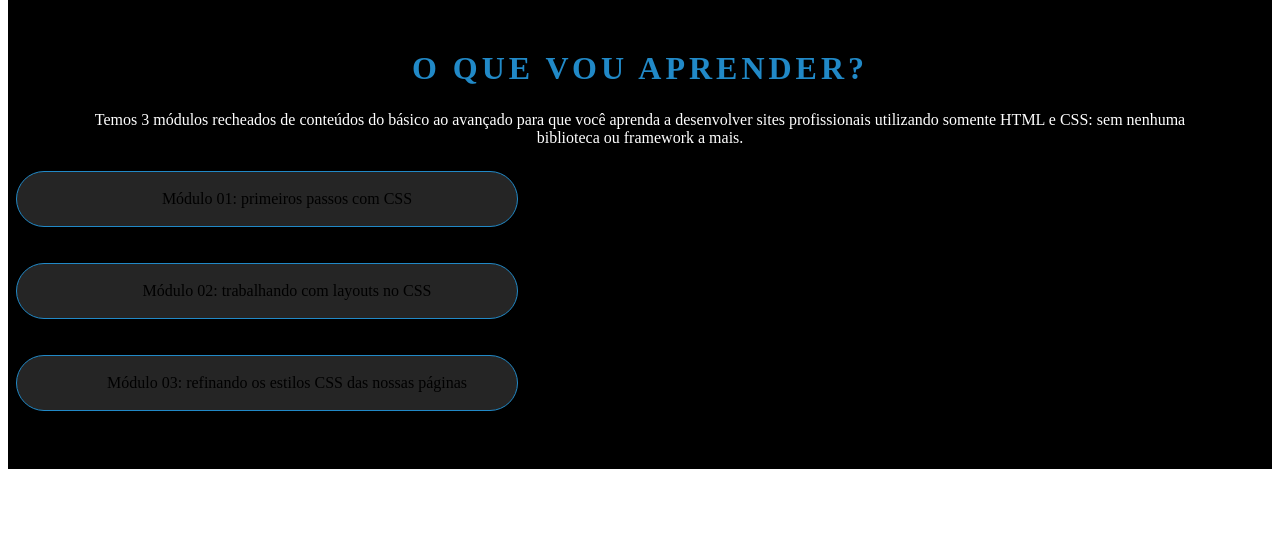
Repository: gustavotwist/trilha-css-desafio-01
Page: index.html
An editor plug-in stored every save of this project. The page is shown before and after a run of saves, followed by the edit.
The browser window is 1280 px wide. The pictures show the part of the page from y = 559 to 1111 px (the page is 2898 px tall before and 2865 px after).
Pictures or frames that could not be fetched are drawn as grey boxes. A picture or video elsewhere on the page could not be fetched, so the positions and the page height are approximate.

Above is the page before, as saved 2024-07-16 19:06:06.

### index.html
<!DOCTYPE html>
<html lang="en">
<head>
  <meta charset="UTF-8">
  <meta http-equiv="X-UA-Compatible" content="IE=edge">
  <meta name="viewport" content="width=device-width, initial-scale=1.0">
  <title>Trilha de CSS - DIO</title>
  <link rel="stylesheet" href="global.css">
</head>
<body>
  <header class="banner">
    <div class="banner-content">
      <div class="logo">
        <img src="assets/images/logo.png" title="Logotipo Trilha de CSS DIO" alt="Logotipo Trilha de CSS DIO">
      </div>
      <h1>Trilha de CSS da DIO</h1>
      <p>A nova Trilha de CSS da DIO está disponível. Acesse já e aprenda do zero como desenvolver sites profissionais.</p>
      <button>Quero me inscrever</button>
    </div>
  </header>
  <main>
    <section id="course-content">
      <h2>O que vou aprender?</h2>
      <p>
        Temos 3 módulos recheados de conteúdos do básico ao avançado para que você aprenda a
        desenvolver sites profissionais utilizando somente HTML e CSS: sem nenhuma biblioteca ou framework a mais.
      </p>
      <div class="modules-list">
        <div class="module">
          <span>Módulo 01:</span> primeiros passos com CSS
        </div>
        <div class="module">
          <span>Módulo 02:</span> trabalhando com layouts no CSS
        </div>
        <div class="module">
          <span>Módulo 03:</span> refinando os estilos CSS das nossas páginas
        </div>
      </div>
    </section>
    <section id="transform-world">
      <p>TRANSFORME O MUNDO COM A GENTE</p>
    </section>
    <section id="professional-challenges">
      <h2>Evolua e encare novos desafios profissionais</h2>
      <img src="assets/images/professional-challenges.png" title="Homem lendo depoimentos em um tablet" alt="Homem lendo depoimentos em um tablet">
      <p>
        Junte-se ao nosso ecossistema e transforme o mundo com a gente! Todos os dias dezenas de empresas
        acessam a nossa plataforma em busca dos talentos mais criativos, dinâmicos e colaborativos,
        além do conhecimento técnico.
        A nossa missão é te preparar para que você conecte-se com as melhores oportunidades.
      </p>
    </section>
  </main>
  <footer>
    <img class="dio-logo" src="assets/images/dio-logo.png" title="Logotipo DIO com o texto make the change" alt="Logotipo DIO com o texto make the change">
    <p>Acesse <a href="https://dio.me">dio.me</a> e se cadastre agora</p>
  </footer>
</body>
</html>

### global.css
.banner {
    background:url('/assets/images/banner.png'), no-repeat, linear-gradient(to bottom, #030709, #030709 10%, #0a1b23 50%, #030709 95%);
    color:white;
    background-size: cover;
    height: 500px;
    padding-top: 50px;
    border-bottom: 1px solid #2189c7;
}

h2 {
    color:#2189c7;
    text-transform:uppercase;
    font-size: 2rem;
    font-weight: bold;
    letter-spacing: 4px;
    margin-bottom: 24px;
}

.banner-content {
    text-align:center;
    color: white;
    width: 500px;
    margin: auto;
}

.logo img{
    width:180px;
    radial-gradient(#030709, #061216);
}

button {
   background-color:transparent;
   color:#2189c7;
   border:solid #2189c7;
   padding:1em;
   width:22em;
   text-transform:uppercase;
   word-spacing:2px;
}

#course-content{
    border-top: solid  #2189c7;
    margin-top: -30px;
    padding:50px 58px;
    text-align:center;
    background-color:#000000;
}

section{
    margin: 100px auto;
}

p {
    color: white;
}


.modules-list {
    white-space:pre-wrap;
    margin:-28px -50px;
    padding:-20px -20px;
}

.module {
    background-color:#252525;
    border: solid #2189c7 1px;
    border-radius:50px;
    padding:-500px;
    width:500px;
}

#transform-world {
    margin-top:40px 20px;
    padding:250px 280px;
    background:url('/assets/images/woman-code.png'), no-repeat;
    object-fit:scale-down;
}

#professional-challenges {
    margin-top: -30px;
    padding:50px 58px;
    text-align:center;
    background-color:#000000;
}

footer {
    border-top: solid  #2189c7;
    margin-top: -10px;
    padding:50px 580px;
    text-align:center;
    background: linear-gradient(to bottom, #030709, #030709 10%, #0a1b23 50%, #030709 95%);
}

After the next 2 saves:
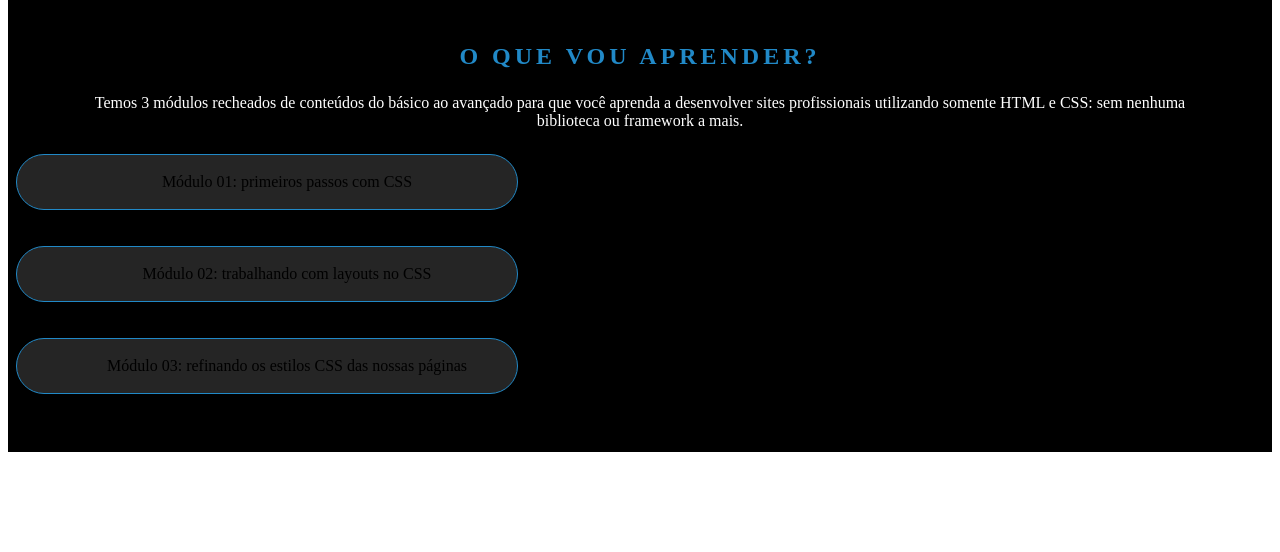
The 2 saves are shown as one change because they came seconds apart.
The last was saved 80 s later.
--- a/global.css
+++ b/global.css
@@ -10,7 +10,6 @@
 h2 {
     color:#2189c7;
     text-transform:uppercase;
-    font-size: 2rem;
     font-weight: bold;
     letter-spacing: 4px;
     margin-bottom: 24px;

After the 2 saves that followed:
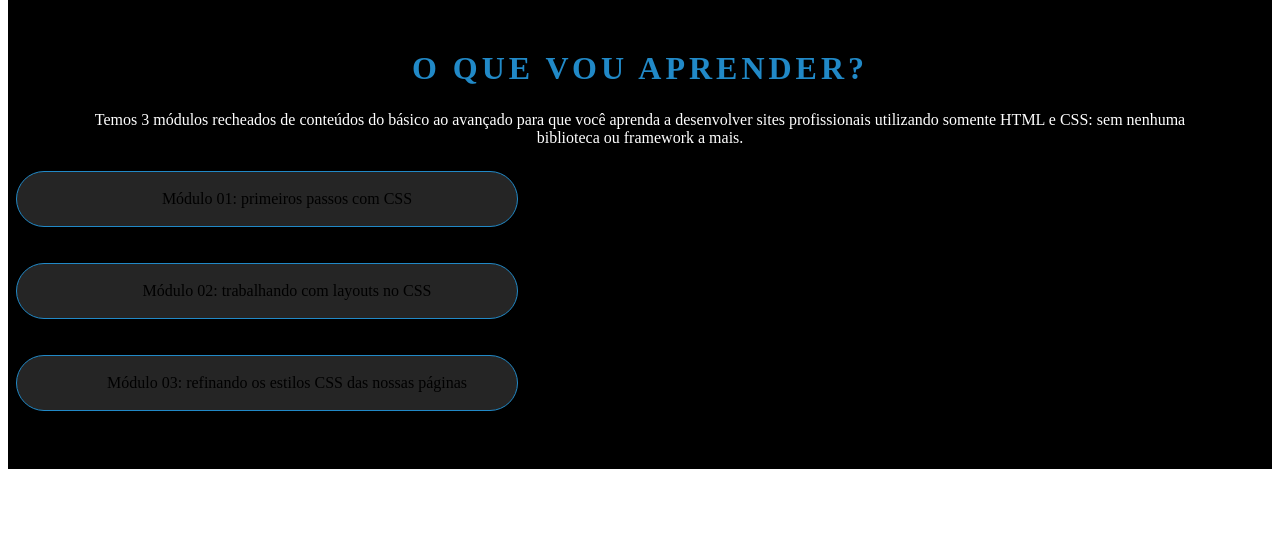
The 2 saves are shown as one change because they came seconds apart.
The last was saved 6 s later.
--- a/global.css
+++ b/global.css
@@ -8,6 +8,7 @@
 }
 
 h2 {
+    font-size: 2rem;
     color:#2189c7;
     text-transform:uppercase;
     font-weight: bold;
